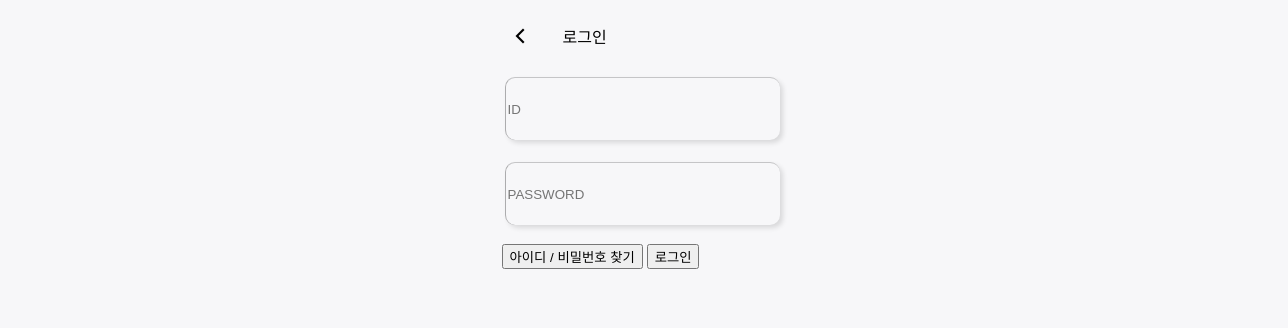
Repository: PEPI-dev/UI
Page: login/login.html
These files come from the project's save history. The page is drawn as it stood at one moment and after a run of saves; the edit follows.
The browser window is 1280 px wide. The page is 1288 px wide, so the pictures cover 1288 px, including what lies to the right of the window. The pictures show the whole page.

Above is the page before, as saved 2023-12-04 15:30:36.

### login/login.html
<!DOCTYPE html>
<html lang="en">
<head>
    <meta charset="UTF-8">
    <meta name="viewport" content="width=device-width, initial-scale=1.0">
    <title>Login</title>
    <link rel="stylesheet" href="./login.css">
</head>
<body>

    </div>
    <form action="#">
        <div id="div_back"><button id="back"><img src="../a_icon/back.png"></img></button><p id="txt_login">로그인</p></div>
        <p class="input_form"><input class="field" id="ID" placeholder="ID"></input></p>
        <p class="input_form"><input class="field" id="password" type="password" placeholder="PASSWORD"></input></p>
        <button class="text_btn">아이디 / 비밀번호 찾기</button>
        <button id="login_btn">로그인</button>
    </form>

</body>
</html>

### login/login.css
@font-face {
    font-family: 'main_font';
    src: url(../a_font/SOYO_maple_font/soyo_ttf/SOYO\ Maple\ Regular.ttf);
    font-weight: 500;
}

@font-face {
    font-family: 'sub_font';
    src: url(../a_font/NPSfont_regular.ttf);
}

body{
    width: 100%;
    background-color: #F7F7F9;
    display: flex;
    flex-direction: column;
    align-items: center;
}

#logo{
    font-family: 'main_font';
}

#login-header {
    display: flex;
    align-items: center;
}


#div_back {
    display: flex;
    align-items: center;
    margin-bottom: 10px; /* Optional: Adjust the margin as needed */
}

#back {
    border: none;
    background: none;
    cursor: pointer;
    display: flex;
    align-items: center;
    margin-right: 20px;
}

#back img {
    width: 24px;
    height: 24px;
    margin-right: 5px;
}

.input_form {
    padding: 3px;
    margin-top: 2px;
    margin-right: 12px;
}

.field {
    width: 270px;
    height: 60px;
    border-radius: 10px;
    box-shadow: 3px 3px 5px rgba(0, 0, 0, 0.12);
    background-color: #F7F7F9;
    border-width: 0;
    outline: none;
    border: none;
    border-top: 0.5px solid rgba(0, 0, 0, 0.2);
    border-left: 0.5px solid rgba(0, 0, 0, 0.3);
}

@media screen and (max-width: 360px) {
    body {
        height: auto;
    }
}

After the next 3 saves:
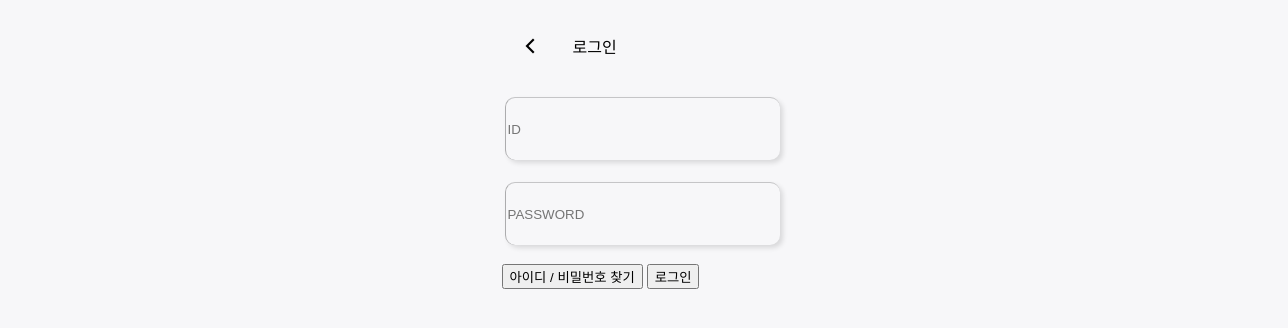
The 3 saves are shown as one change because they came seconds apart.
The last was saved 18 s later.
--- a/login/login.css
+++ b/login/login.css
@@ -30,7 +30,8 @@
 #div_back {
     display: flex;
     align-items: center;
-    margin-bottom: 10px; /* Optional: Adjust the margin as needed */
+    margin-bottom: 10px;
+    padding: 10px;
 }
 
 #back {
